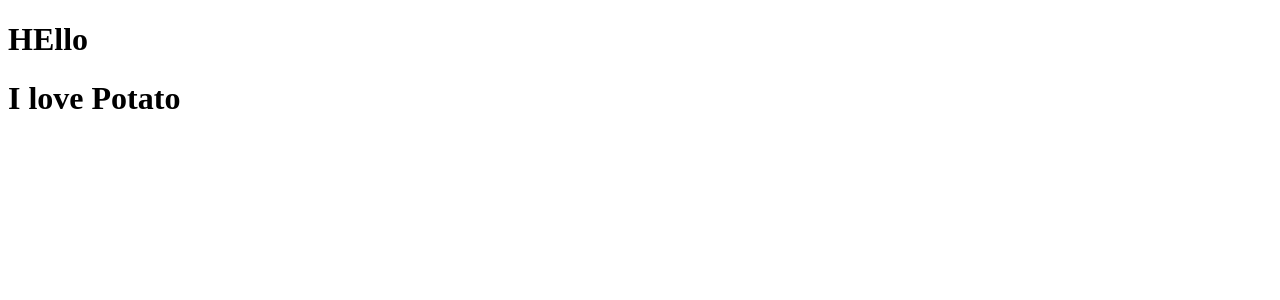
Repository: podonge/first_app
Page: /
The author's editor kept a copy of each file at every save. The page is drawn from the files as they stood at one save, then again after the next save.
The browser window is 1280 px wide. The pictures show the whole page.
The project was rebuilt for these pictures with package versions that can differ from the ones it lists, and the page was loaded fresh each time.

Above is the page before, as saved 2023-01-01 19:44:59.

After the next save:
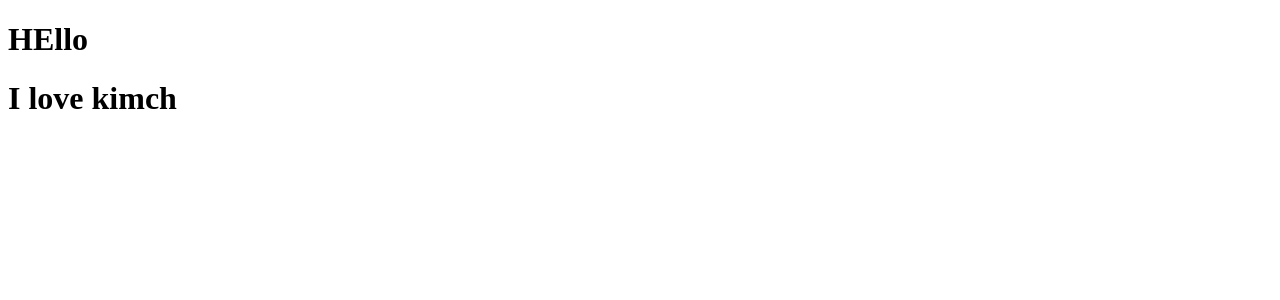
Saved 3 min 1 s later.
--- a/src/App.js
+++ b/src/App.js
@@ -2,7 +2,7 @@ import React from "react";
 
 function Food(props){
   console.log(props);
-  return <h1>I love Potato</h1>
+  return <h1>I love {props.fav}</h1>
 }
 
 function App() {
